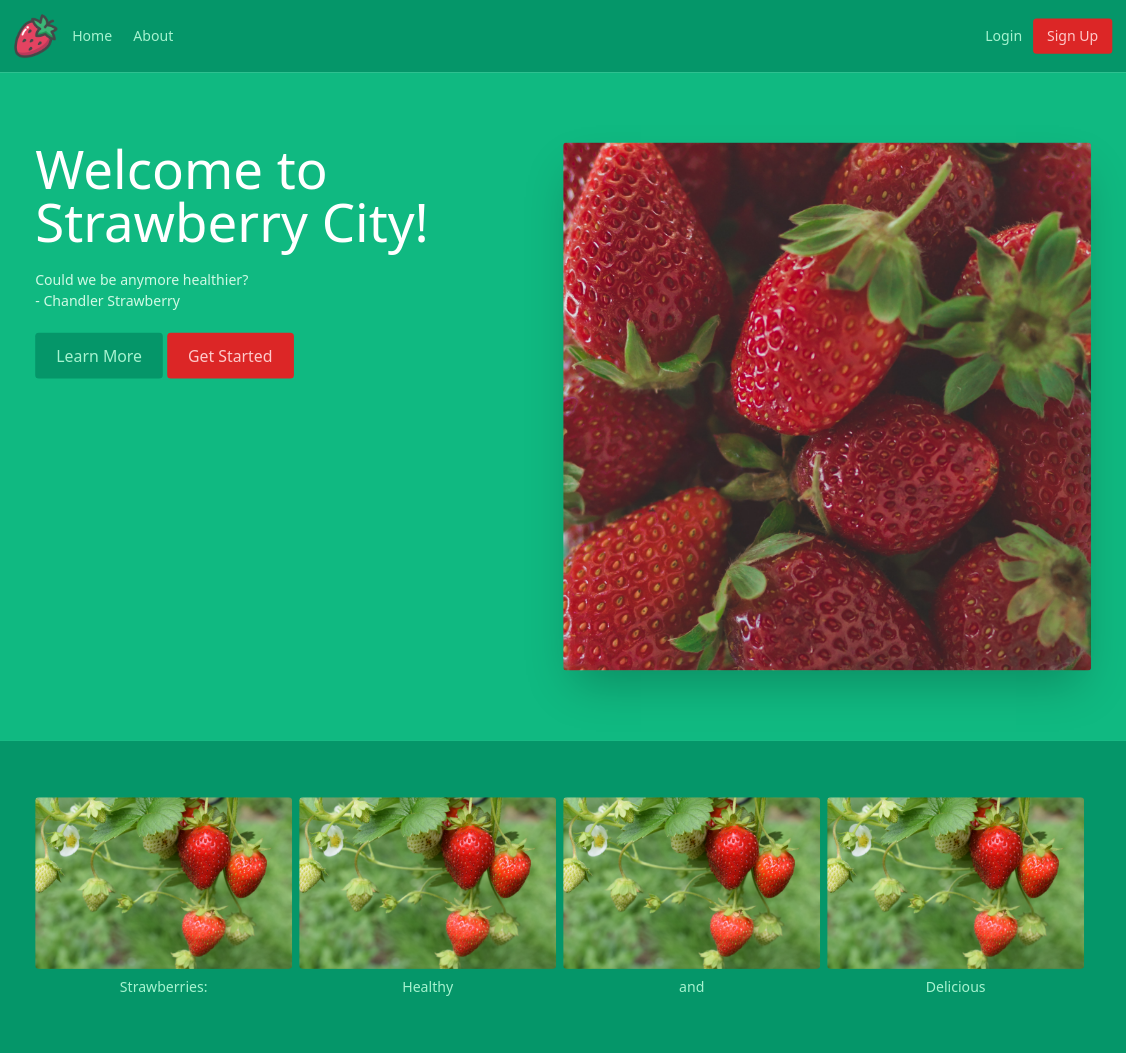
Repository: DaNiels89/tailwind-stawberries
Page: index.html
An editor plug-in stored every save of this project. The page is shown before and after the next save, followed by the edit.
The browser window is 1280 px wide. The pictures show the whole page, at 88% of full size.

Above is the page before, as saved 2020-08-24 14:37:55.

After the next save:
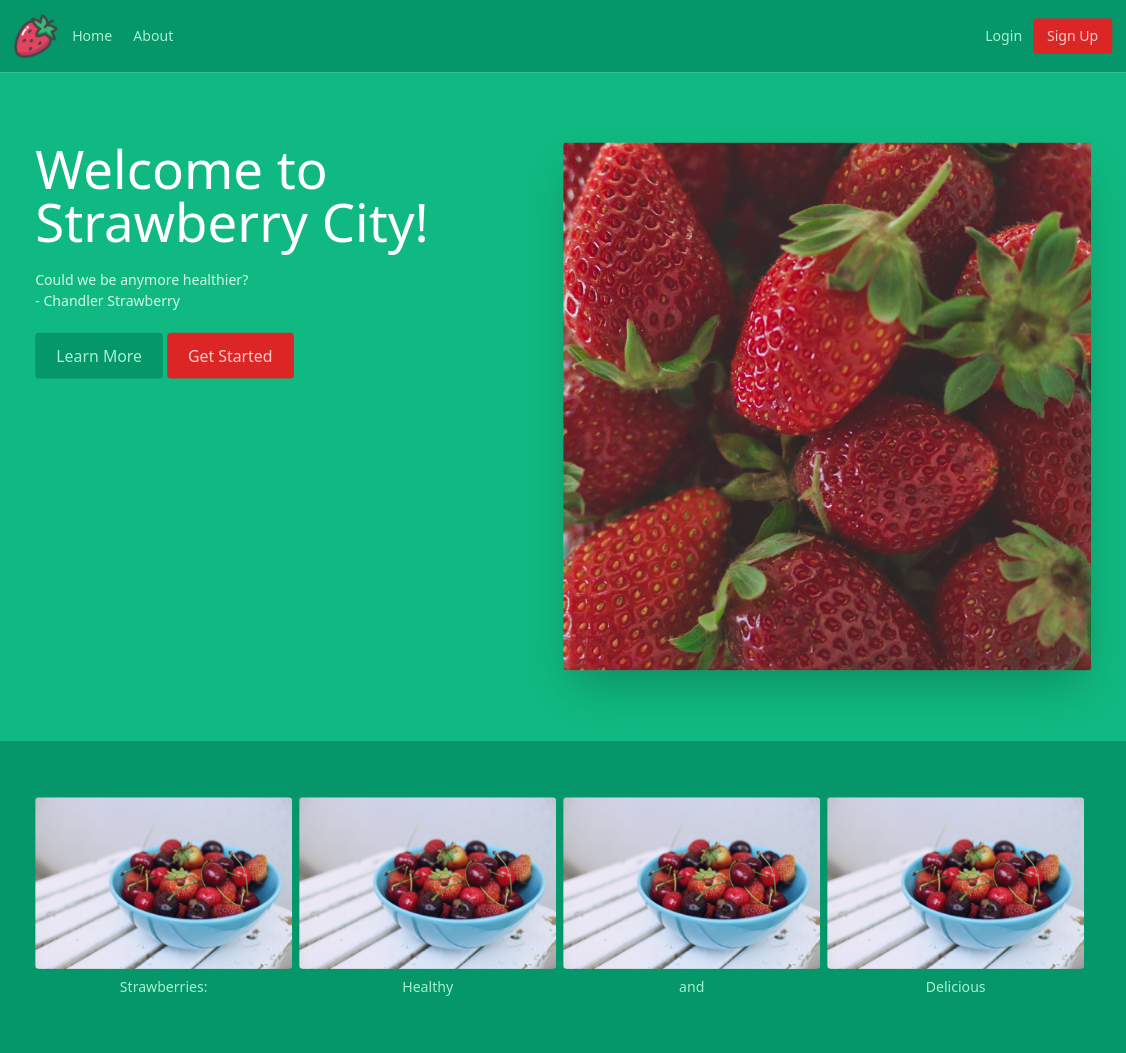
Saved 13 s later.
--- a/index.html
+++ b/index.html
@@ -77,7 +77,7 @@
       <div class="flex py-16 px-10 bg-green-600 text-green-200 text-center">
         <div class="mr-2">
           <img
-            src="img/strawberries2.jpg"
+            src="img/strawberries3.jpg"
             alt="Strawberries"
             class="w-full mb-2 rounded"
           />
@@ -85,7 +85,7 @@
         </div>
         <div class="mr-2">
           <img
-            src="img/strawberries2.jpg"
+            src="img/strawberries3.jpg"
             alt="Strawberries"
             class="w-full mb-2 rounded"
           />
@@ -93,7 +93,7 @@
         </div>
         <div class="mr-2">
           <img
-            src="img/strawberries2.jpg"
+            src="img/strawberries3.jpg"
             alt="Strawberries"
             class="w-full mb-2 rounded"
           />
@@ -101,7 +101,7 @@
         </div>
         <div class="mr-2">
           <img
-            src="img/strawberries2.jpg"
+            src="img/strawberries3.jpg"
             alt="Strawberries"
             class="w-full mb-2 rounded"
           />
